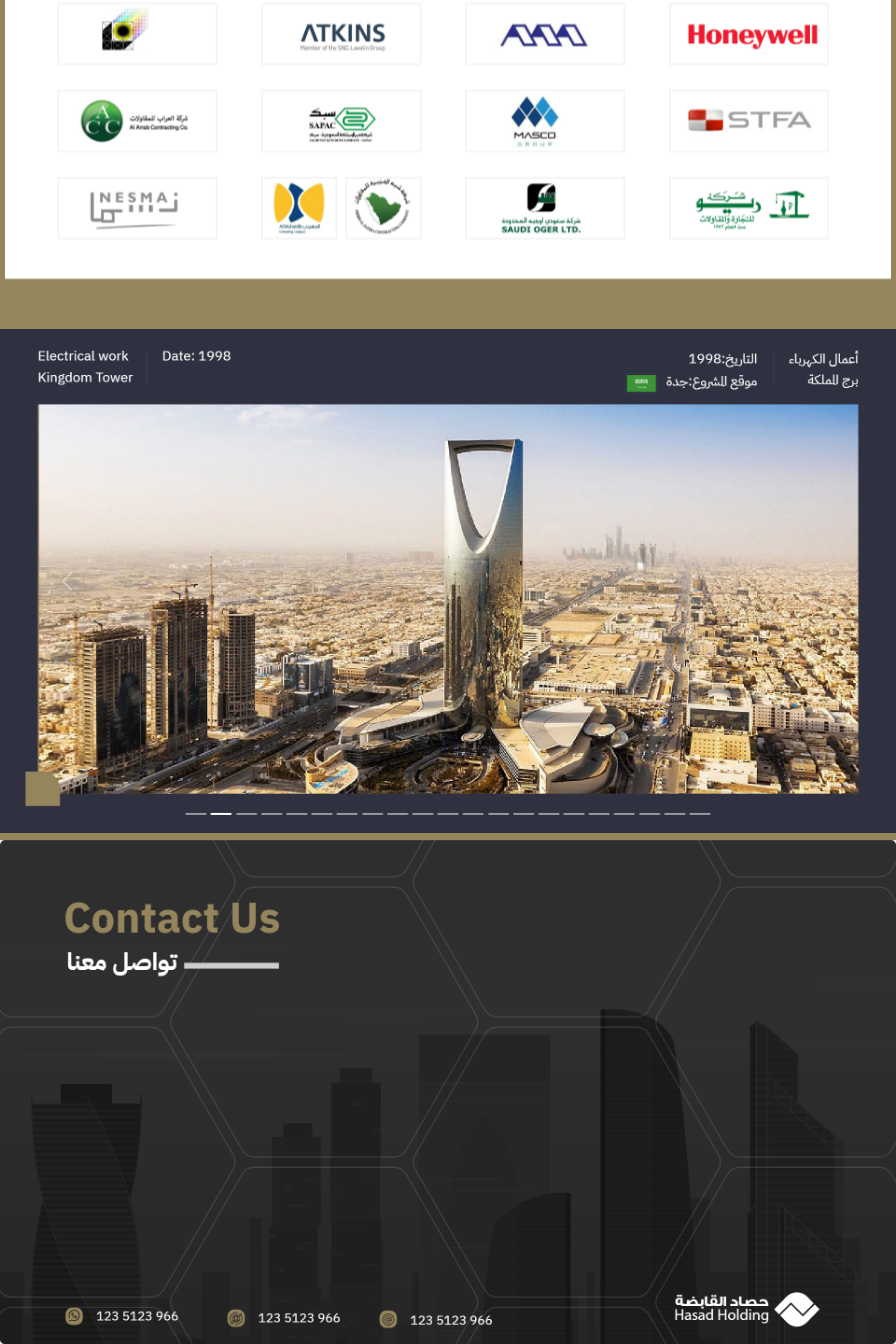
Repository: shahzaibrehman123/hasad-holding
Page: /
An editor plug-in stored every save of this project. The page is shown before and after the next save, followed by the edit.
The browser window is 1280 px wide. The pictures show the part of the page from y = 3826 to 5746 px (the page is 5746 px tall before and 5738 px after), at 70% of full size.
The project was rebuilt for these pictures with package versions that can differ from the ones it lists, and the page was loaded fresh each time.

Above is the page before, as saved 2023-11-07 18:25:39.

After the next save:
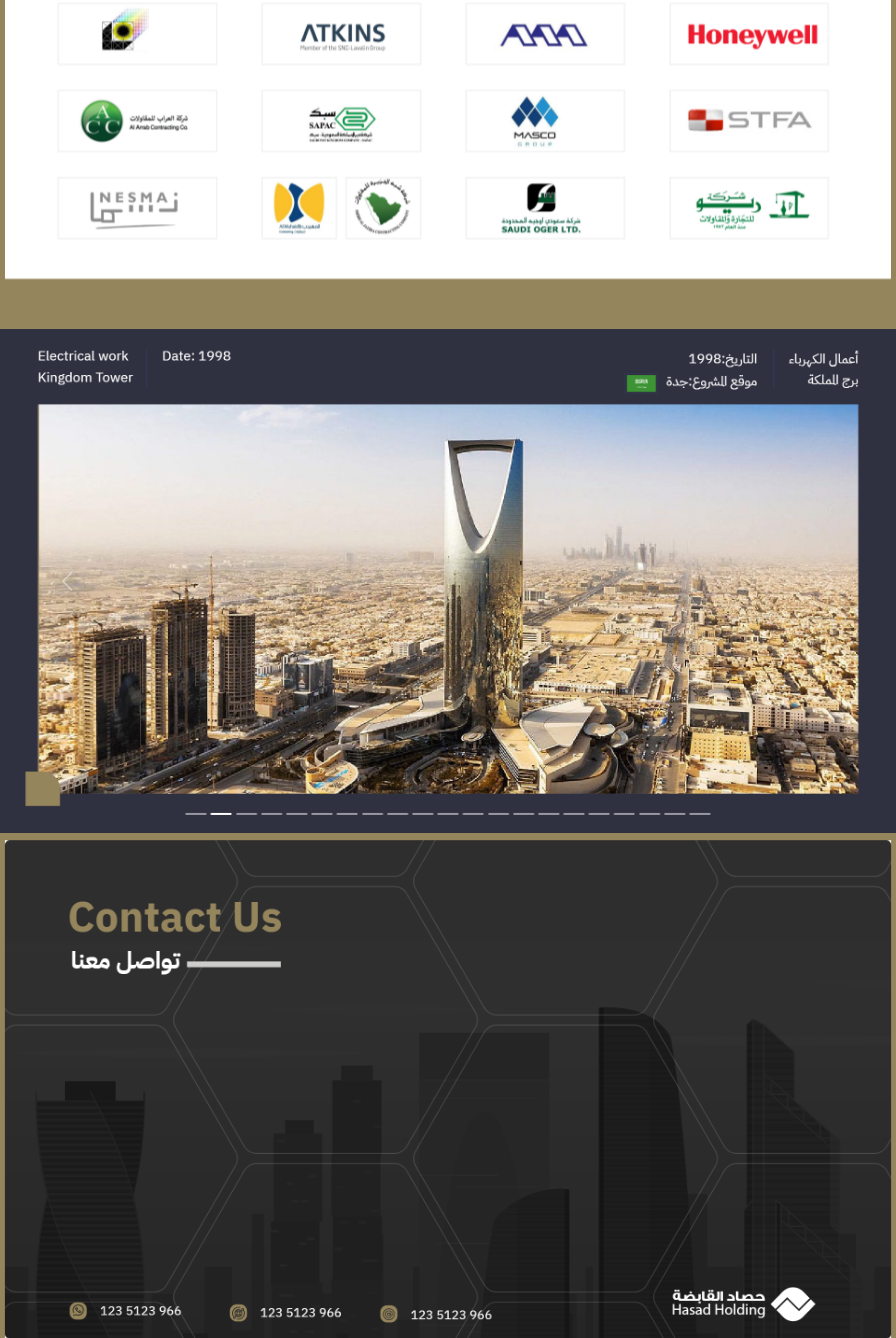
Saved 39 s later.
--- a/src/components/Contact/style.css
+++ b/src/components/Contact/style.css
@@ -1,5 +1,5 @@
 .contact-container {
-  margin: 10px 0px 0px 0px;
+  margin:10px 7px 0px 7px;
 }
 .img-responsive {
   width: 100%;
